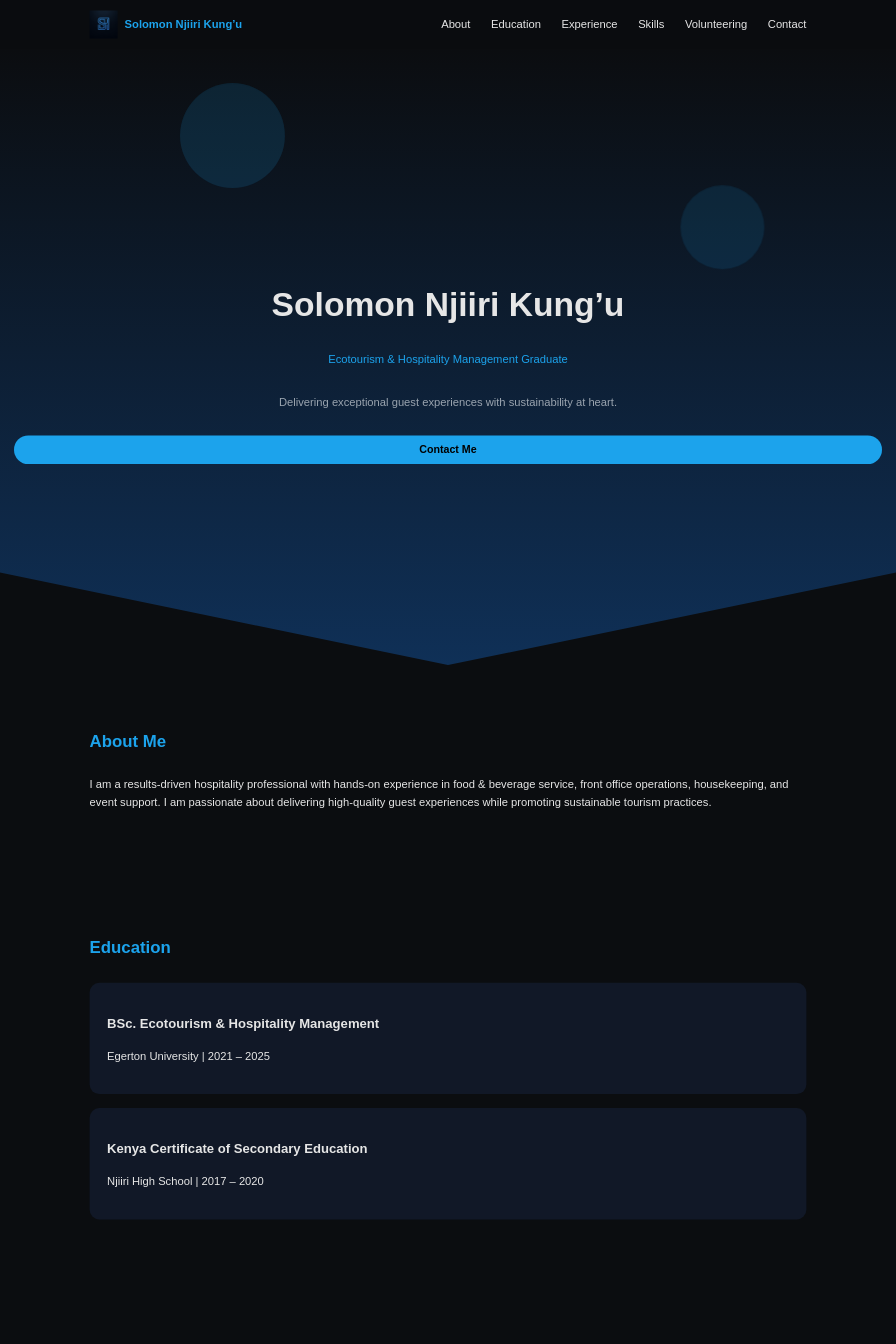
Repository: ladygit-comits/Solomon_Portfolio
Page: index.html
The author's editor kept a copy of each file at every save. The page is drawn from the files as they stood at one save, then again after the next save.
The browser window is 1280 px wide. The pictures show the part of the page from y = 0 to 1920 px (the page is 4438 px tall), at 70% of full size.

Above is the page before, as saved 2025-12-31 13:51:34.

### index.html
<!DOCTYPE html>
<html lang="en">
<head>
  <meta charset="UTF-8">
  <title>Solomon Njiiri Kung’u | Hospitality Management</title>
  <link rel="icon" href="images/solomon-favicon.png" type="image/png">
  <link rel="apple-touch-icon" sizes="180x180" href="images/solomon-favicon.png">
  <link rel="stylesheet" href="style.css">
</head>
<body>
<!-- NAVBAR -->
<header class="navbar">
  <div class="logo">
    <img src="images/solomon-favicon.png" alt="Solomon Logo" class="logo-img">
    Solomon Njiiri Kung’u
  </div>
  <nav>
    <a href="#about">About</a>
    <a href="#education">Education</a>
    <a href="#experience">Experience</a>
    <a href="#skills">Skills</a>
    <a href="#volunteering">Volunteering</a>
    <a href="#contact">Contact</a>
  </nav>
</header>

  <!-- HERO -->
  <section class="hero">
    <h1>Solomon Njiiri Kung’u</h1>
    <p class="subtitle">Ecotourism & Hospitality Management Graduate</p>
    <p class="tagline">
      Delivering exceptional guest experiences with sustainability at heart.
    </p>
    <a href="#contact" class="btn">Contact Me</a>
  </section>

  <!-- ABOUT -->
  <section id="about" class="section">
    <h2>About Me</h2>
    <p>
      I am a results-driven hospitality professional with hands-on experience in
      food & beverage service, front office operations, housekeeping, and event support.
      I am passionate about delivering high-quality guest experiences while promoting
      sustainable tourism practices.
    </p>
  </section>

  <!-- EDUCATION -->
  <section id="education" class="section">
    <h2>Education</h2>
    <div class="card">
      <h3>BSc. Ecotourism & Hospitality Management</h3>
      <p>Egerton University | 2021 – 2025</p>
    </div>
    <div class="card">
      <h3>Kenya Certificate of Secondary Education</h3>
      <p>Njiiri High School | 2017 – 2020</p>
    </div>
  </section>

  <!-- EXPERIENCE -->
  <section id="experience" class="section">
    <h2>Work Experience</h2>

    <div class="card highlight">
      <h3>Waiter – Radisson Blu Hotel</h3>
      <p>August 2025</p>
      <ul>
        <li>Delivered high-quality customer service in a fast-paced luxury hotel.</li>
        <li>Supported international events hosted by the World Bank, IMF, and University of Antwerp.</li>
        <li>Provided professional service to international delegates.</li>
      </ul>
    </div>

    <div class="card">
      <h3>Waiter – Shuhan Hotel, Thika</h3>
      <p>February 2025</p>
      <ul>
        <li>Provided excellent customer service.</li>
        <li>Assisted in housekeeping and hygiene maintenance.</li>
      </ul>
    </div>

    <div class="card">
      <h3>Intern – Hotel Operations</h3>
      <p>May 2024 – August 2024</p>
      <ul>
        <li>Housekeeping & guestroom standards.</li>
        <li>Front office check-ins and reservations.</li>
        <li>Kitchen stewarding and hygiene.</li>
        <li>Food & beverage service.</li>
      </ul>
    </div>
  </section>

  <!-- SKILLS -->
 <section id="skills" class="section">
  <h2>Key Skills</h2>
  <div class="skills">
    <div class="skill">
      <span>Customer Service</span>
      <div class="skill-bar"><div class="skill-fill" style="width: 90%;"></div></div>
    </div>
    <div class="skill">
      <span>Food & Beverage Service</span>
      <div class="skill-bar"><div class="skill-fill" style="width: 85%;"></div></div>
    </div>
    <div class="skill">
      <span>Front Office Operations</span>
      <div class="skill-bar"><div class="skill-fill" style="width: 80%;"></div></div>
    </div>
    <div class="skill">
      <span>Housekeeping Standards</span>
      <div class="skill-bar"><div class="skill-fill" style="width: 85%;"></div></div>
    </div>
    <div class="skill">
      <span>Event Support</span>
      <div class="skill-bar"><div class="skill-fill" style="width: 80%;"></div></div>
    </div>
    <div class="skill">
      <span>Sustainable Tourism</span>
      <div class="skill-bar"><div class="skill-fill" style="width: 75%;"></div></div>
    </div>
  </div>
</section>


  <!-- VOLUNTEERING -->
  <section id="volunteering" class="section">
    <h2>Volunteering</h2>
    <div class="card">
      <h3>Volunteer – KSPCA (Dogtober Festival)</h3>
      <p>October 2024</p>
      <ul>
        <li>Welcomed guests and provided event guidance.</li>
        <li>Assisted with pet handling and guest engagement.</li>
      </ul>
    </div>
  </section>

  <!-- CONTACT -->
  <section class="section contact" id="contact">
    <h2>Contact</h2>
    <p>Email: <a href="mailto:kungunjiiri@gmail.com">kungunjiiri@gmail.com</a></p>
    <p>Phone: 0112619291</p>
  </section>
<script src="script.js"></script>
<button id="scrollTopBtn" title="Go to top">
  <svg xmlns="http://www.w3.org/2000/svg" viewBox="0 0 24 24" width="24" height="24" fill="none" stroke="#000" stroke-width="2" stroke-linecap="round" stroke-linejoin="round">
    <line x1="12" y1="19" x2="12" y2="5"/>
    <polyline points="5 12 12 5 19 12"/>
  </svg>
</button>


</body>
</html>

### style.css
:root {
  --black: #0B0D10;
  --dark-blue: #0F3057;
  --accent-blue: #1CA3EC;
  --text-light: #E6E6E6;
  --muted-gray: #9AA4AF;
}

body {
  margin: 0;
  font-family: "Poppins", sans-serif;
  background: var(--black);
  color: var(--text-light);
  line-height: 1.6;
}

.hero {
  min-height: 100vh;
  padding: 80px 20px;
  text-align: center;
  background: linear-gradient(180deg, #0B0D10, #0F3057);
  position: relative;
  color: var(--text-light);
  display: flex;
  flex-direction: column;
  justify-content: center;
  clip-path: polygon(0 0, 100% 0, 100% 85%, 50% 100%, 0 85%);
}


.hero h1 {
  font-size: 3rem;
  margin-bottom: 10px;
}

.subtitle {
  color: var(--accent-blue);
  font-weight: 500;
}

.tagline {
  max-width: 600px;
  margin: 20px auto;
  color: var(--muted-gray);
}

.btn {
  display: inline-block;
  margin-top: 15px;
  padding: 8px 18px;
  background: var(--accent-blue);
  color: #000;
  text-decoration: none;
  border-radius: 22px;
  font-weight: 600;
  font-size: 0.95rem;
  position: relative;
  overflow: hidden;
  transition: all 0.3s ease;
}

.btn::after {
  content: '';
  position: absolute;
  top: 0;
  left: -75%;
  width: 50%;
  height: 100%;
  background: linear-gradient(120deg, rgba(255,255,255,0.2), rgba(255,255,255,0.5), rgba(255,255,255,0.2));
  transform: skewX(-25deg);
  transition: all 0.7s;
}

.btn:hover::after {
  left: 125%;
}


.section {
  padding: 70px 10%;
}

.section h2 {
  color: var(--accent-blue);
  margin-bottom: 30px;
}

.card {
  background: #111827;
  padding: 25px;
  border-radius: 14px;
  margin-bottom: 20px;
  transition: transform 0.3s ease, box-shadow 0.3s ease;
}

.card.highlight {
  border: 1px solid var(--accent-blue);
}

.skills span {
  display: inline-block;
  background: #1f2933;
  padding: 10px 16px;
  margin: 8px;
  border-radius: 20px;
  font-size: 0.9rem;
}

.contact a {
  color: var(--accent-blue);
  text-decoration: none;
}

.hero h1, .subtitle, .tagline, .btn {
  transform: translateY(20px);
  opacity: 0;
}

.btn:hover {
  box-shadow: 0 0 20px var(--accent-blue), 0 0 40px var(--accent-blue);
  transform: translateY(-3px);
}

.navbar {
  position: sticky;
  top: 0;
  display: flex;
  justify-content: space-between;
  align-items: center;
  padding: 15px 10%;
  background: rgba(11,13,16,0.95);
  z-index: 1000;
}

.navbar .logo {
  font-weight: 700;
  color: var(--accent-blue);
}

.navbar nav a {
  color: var(--text-light);
  margin-left: 25px;
  text-decoration: none;
  font-weight: 500;
  transition: color 0.3s;
}

.navbar nav a:hover {
  color: var(--accent-blue);
}
#scrollTopBtn {
  position: fixed;
  bottom: 30px;
  right: 30px;
  width: 50px;
  height: 50px;
  border: none;
  border-radius: 50%;
  background-color: var(--accent-blue);
  cursor: pointer;
  display: none;
  align-items: center;
  justify-content: center;
  z-index: 1000;
  box-shadow: 0 4px 12px rgba(28,163,236,0.4);
  transition: transform 0.3s, opacity 0.3s;
  padding: 0;
}

#scrollTopBtn svg {
  width: 24px;
  height: 24px;
  stroke: #000;
}

#scrollTopBtn:hover {
  transform: translateY(-3px);
  opacity: 0.8;
}

.typewriter {
  overflow: hidden;
  border-right: 2px solid var(--accent-blue);
  white-space: nowrap;
  margin: 0 auto;
  letter-spacing: 2px;
  animation: typing 4s steps(60, end), blink 0.7s infinite;
}

@keyframes typing {
  from { width: 0; }
  to { width: 100%; }
}

@keyframes blink {
  50% { border-color: transparent; }
}

.hero::before {
  content: '';
  position: absolute;
  width: 150px;
  height: 150px;
  background: var(--accent-blue);
  border-radius: 50%;
  top: 50px;
  left: 20%;
  opacity: 0.15;
  animation: float 6s ease-in-out infinite alternate;
}

.hero::after {
  content: '';
  position: absolute;
  width: 120px;
  height: 120px;
  background: var(--accent-blue);
  border-radius: 50%;
  top: 200px;
  right: 15%;
  opacity: 0.12;
  animation: float 8s ease-in-out infinite alternate-reverse;
}

@keyframes float {
  0% { transform: translateY(0) translateX(0); }
  50% { transform: translateY(-20px) translateX(15px); }
  100% { transform: translateY(0) translateX(0); }
}
.skills .skill {
  margin-bottom: 15px;
}

.skill-bar {
  background: #1f2933;
  border-radius: 20px;
  overflow: hidden;
  height: 12px;
  margin-top: 5px;
}

.skill-fill {
  background: var(--accent-blue);
  height: 100%;
  width: 0;
  border-radius: 20px;
  transition: width 2s ease-in-out;
}

/* shimmer CTA button */
.btn {
  position: relative;
  overflow: hidden;
}

.btn::after {
  content: '';
  position: absolute;
  top: 0;
  left: -75%;
  width: 50%;
  height: 100%;
  background: linear-gradient(120deg, rgba(255,255,255,0.2), rgba(255,255,255,0.5), rgba(255,255,255,0.2));
  transform: skewX(-25deg);
  transition: all 0.7s;
}

.btn:hover::after {
  left: 125%;
}
.navbar .logo {
  display: flex;
  align-items: center;
  font-weight: 700;
  color: var(--accent-blue);
}

.navbar .logo-img {
  width: 40px;
  height: 40px;
  margin-right: 10px;
}

### script.js
document.addEventListener('DOMContentLoaded', function() {
  const heroElements = document.querySelectorAll('.hero h1, .subtitle, .tagline, .btn');
  heroElements.forEach((el, i) => {
    el.style.opacity = 0;
    setTimeout(() => {
      el.style.transition = 'opacity 1s ease-out, transform 1s ease-out';
      el.style.opacity = 1;
      el.style.transform = 'translateY(0)';
    }, i * 300);
  });

  const cards = document.querySelectorAll('.card');
  cards.forEach(card => {
    card.addEventListener('mouseenter', () => {
      card.style.transform = 'translateY(-10px)';
      card.style.boxShadow = '0 15px 30px rgba(28,163,236,0.3)';
    });
    card.addEventListener('mouseleave', () => {
      card.style.transform = 'translateY(0)';
      card.style.boxShadow = 'none';
    });
  });

  const links = document.querySelectorAll('a[href^="#"]');
  links.forEach(link => {
    link.addEventListener('click', function(e) {
      e.preventDefault();
      document.querySelector(this.getAttribute('href')).scrollIntoView({behavior: 'smooth'});
    });
  });

  const scrollBtn = document.getElementById('scrollTopBtn');
  window.onscroll = function() {
    if (document.body.scrollTop > 300 || document.documentElement.scrollTop > 300) {
      scrollBtn.style.display = "block";
    } else {
      scrollBtn.style.display = "none";
    }
  };
  scrollBtn.addEventListener('click', function() {
    window.scrollTo({top: 0, behavior: 'smooth'});
  });

  const tagline = document.querySelector('.tagline');
  const text = tagline.textContent;
  tagline.textContent = '';
  let i = 0;
  function typeWriter() {
    if (i < text.length) {
      tagline.textContent += text.charAt(i);
      i++;
      setTimeout(typeWriter, 50);
    }
  }
  typeWriter();
});
const skillFills = document.querySelectorAll('.skill-fill');

function animateSkills() {
  const triggerBottom = window.innerHeight - 100;
  skillFills.forEach(skill => {
    const skillTop = skill.getBoundingClientRect().top;
    if(skillTop < triggerBottom) {
      skill.style.width = skill.getAttribute('style').replace('width: ', '');
    }
  });
}

window.addEventListener('scroll', animateSkills);
window.addEventListener('load', animateSkills);

After the next save:
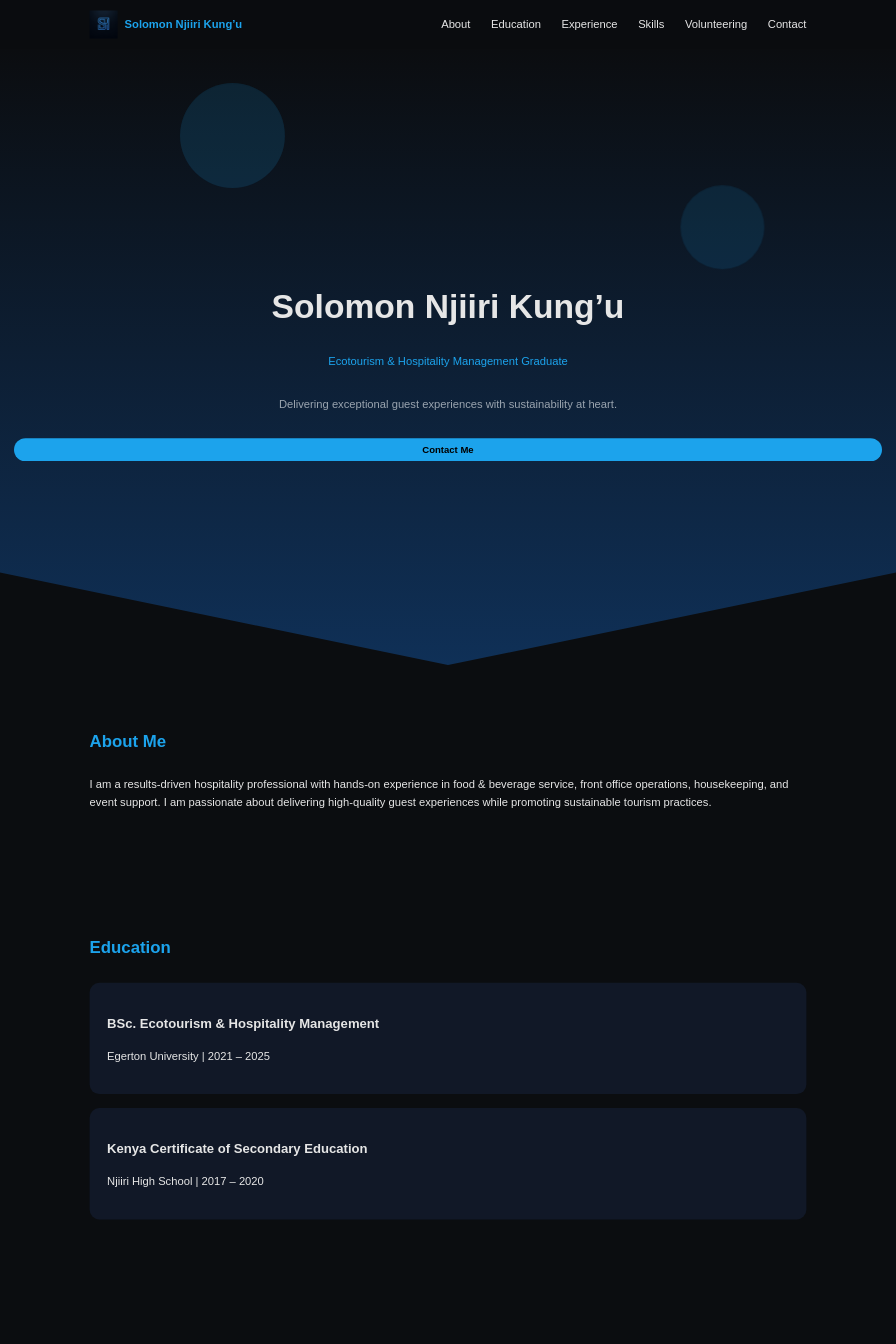
Saved 3 min 31 s later.
--- a/style.css
+++ b/style.css
@@ -47,13 +47,13 @@
 .btn {
   display: inline-block;
   margin-top: 15px;
-  padding: 8px 18px;
+  padding: 6px 14px;
   background: var(--accent-blue);
   color: #000;
   text-decoration: none;
-  border-radius: 22px;
+  border-radius: 20px;
   font-weight: 600;
-  font-size: 0.95rem;
+  font-size: 0.85rem;
   position: relative;
   overflow: hidden;
   transition: all 0.3s ease;

After the save that followed:
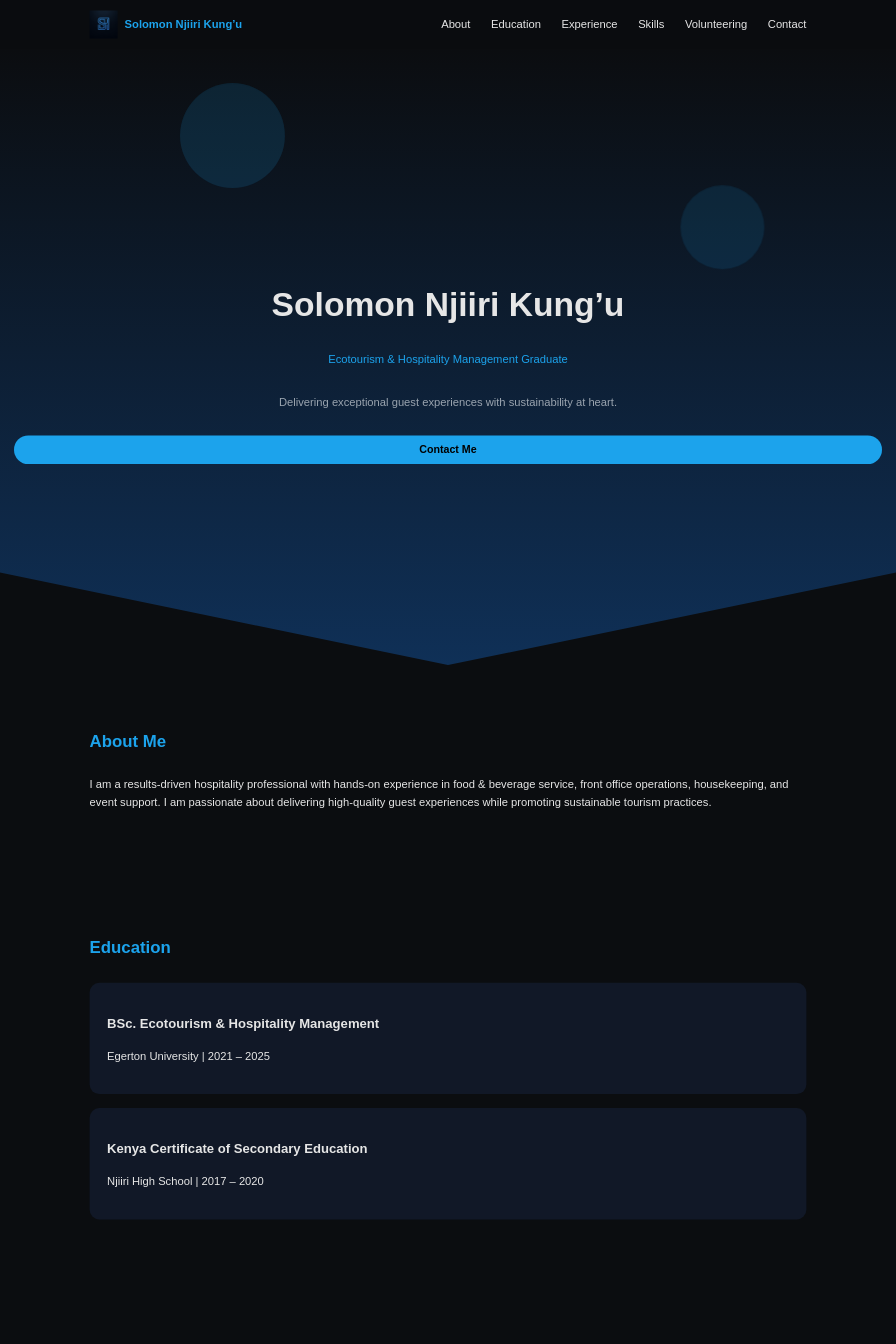
Saved 23 s later.
--- a/style.css
+++ b/style.css
@@ -47,13 +47,13 @@
 .btn {
   display: inline-block;
   margin-top: 15px;
-  padding: 6px 14px;
+  padding: 8px 18px;
   background: var(--accent-blue);
   color: #000;
   text-decoration: none;
-  border-radius: 20px;
+  border-radius: 22px;
   font-weight: 600;
-  font-size: 0.85rem;
+  font-size: 0.95rem;
   position: relative;
   overflow: hidden;
   transition: all 0.3s ease;
